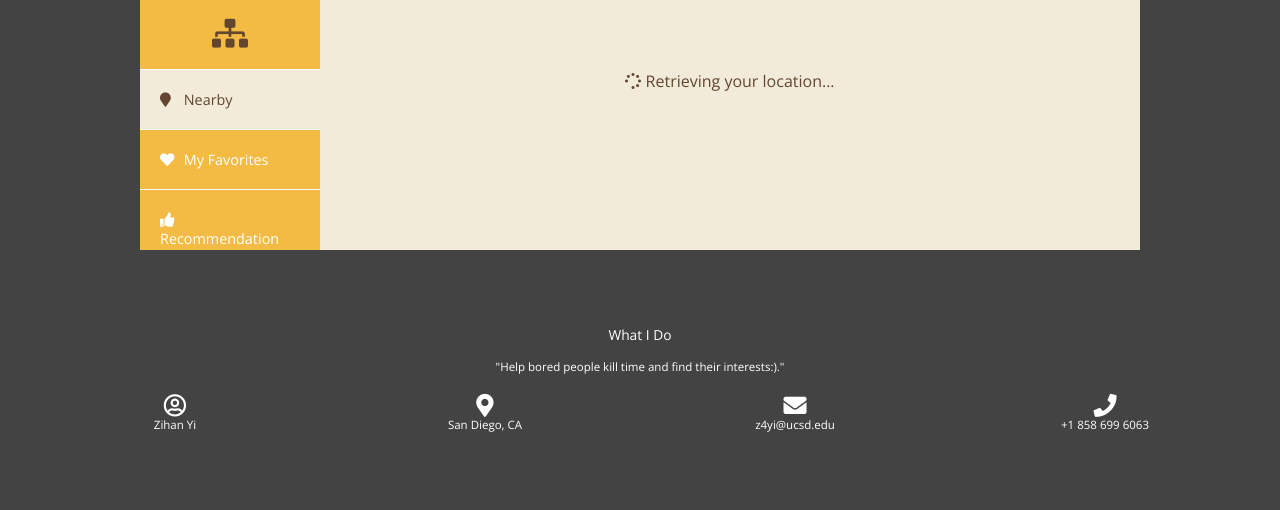
Repository: harryyizihan/fun_finder
Page: Jupiter/WebContent/index.html
These files come from the project's save history. The page is drawn as it stood at one moment and after the next save; the edit follows.
The browser window is 1280 px wide. The pictures show the part of the page from y = 310 to 820 px (the page is 820 px tall).
Some web libraries are served in a nearby version.

Above is the page before, as saved 2018-07-08 03:30:41.

After the next save:
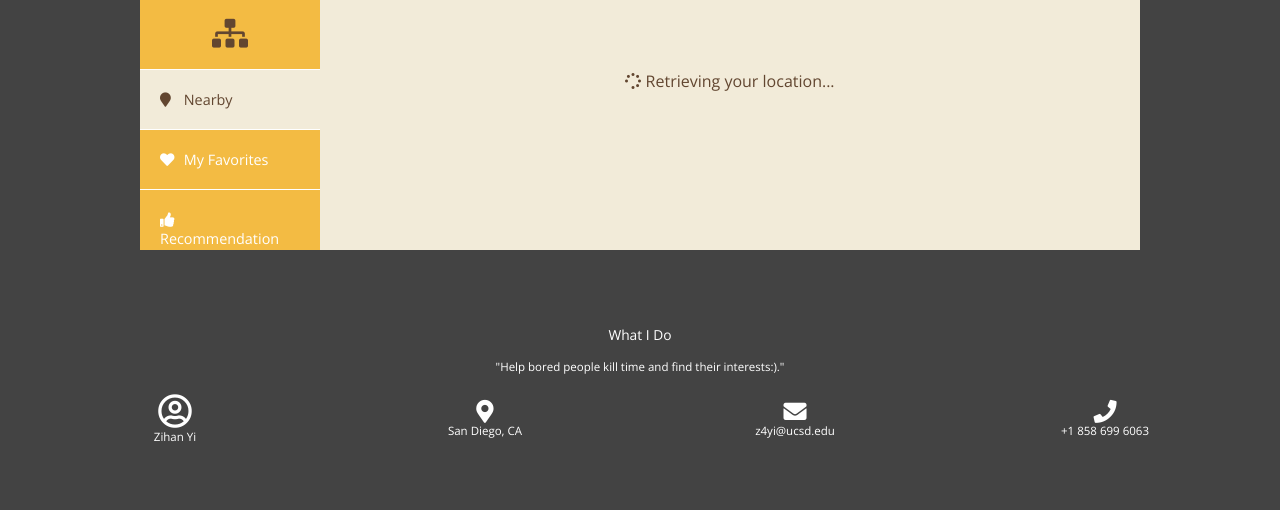
Saved 30 min 42 s later.
--- a/Jupiter/WebContent/index.html
+++ b/Jupiter/WebContent/index.html
@@ -75,7 +75,7 @@
 		<ul>
 			<li>
 				<p>
-					<i class="far fa-user-circle fa-2x"></i>
+					<i class="far fa-user-circle fa-3x"></i>
 				</p>
 				<p>Zihan Yi</p>
 			</li>

After the save that followed:
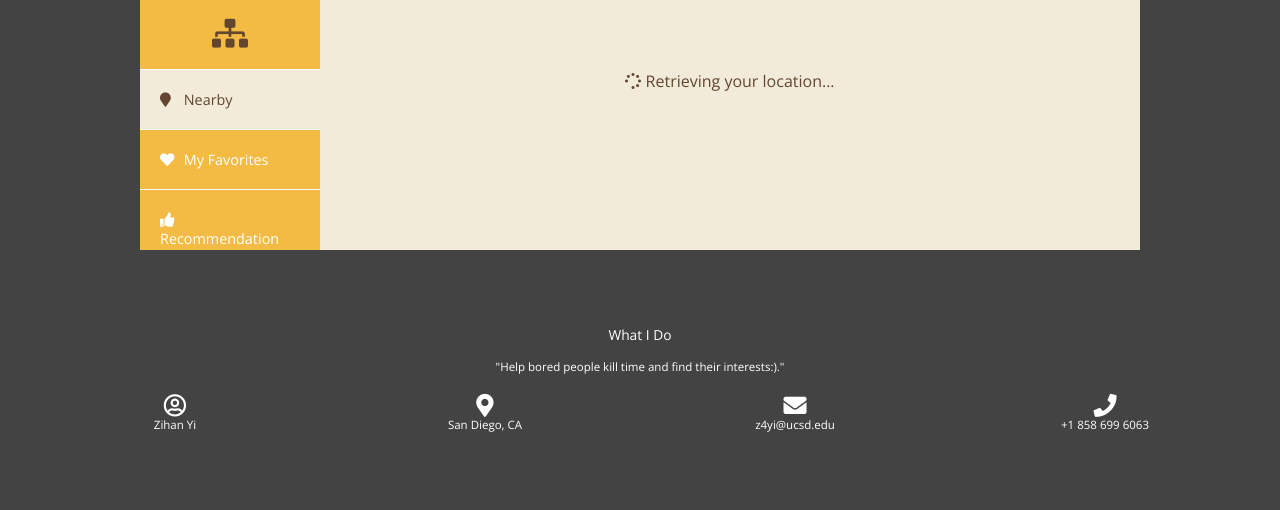
Saved 15 s later.
--- a/Jupiter/WebContent/index.html
+++ b/Jupiter/WebContent/index.html
@@ -75,7 +75,7 @@
 		<ul>
 			<li>
 				<p>
-					<i class="far fa-user-circle fa-3x"></i>
+					<i class="far fa-user-circle fa-2x"></i>
 				</p>
 				<p>Zihan Yi</p>
 			</li>
